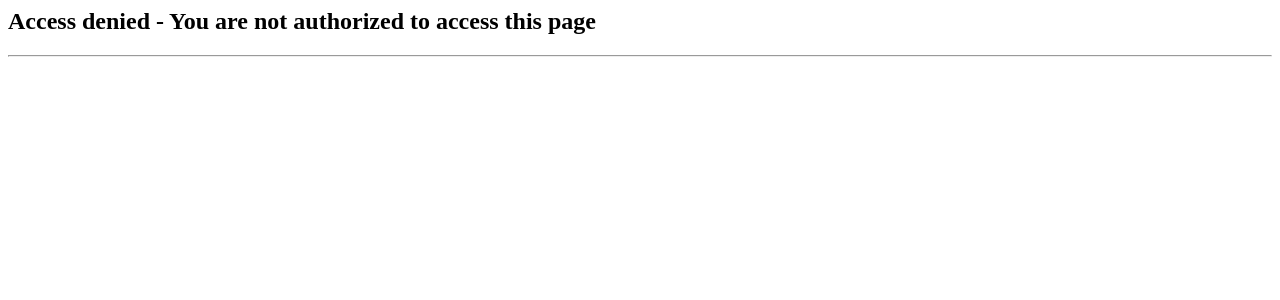
Repository: JT12s/Ecllipse-SpringPrcaticeProject
Page: http://localhost/spring-security-demo-07-user-roles/access-denied
An editor plug-in stored every save of this project. The page is shown before and after the next save, followed by the edit.
The browser window is 1280 px wide. The pictures show the whole page.
The page is served by Tomcat 9. Other server files are loaded and not shown.

Above is the page before, as saved 2022-08-07 01:47:26.

### spring-security-demo-07-user-roles/src/main/webapp/WEB-INF/view/access-denied.jsp
<html>

<head>
	<title> Luv2code - Access Denied</title>
</head>

<body>

	<h2>Access denied - You are not authorized to access this page</h2>

	<hr>

</body>
</html>

After the next save:
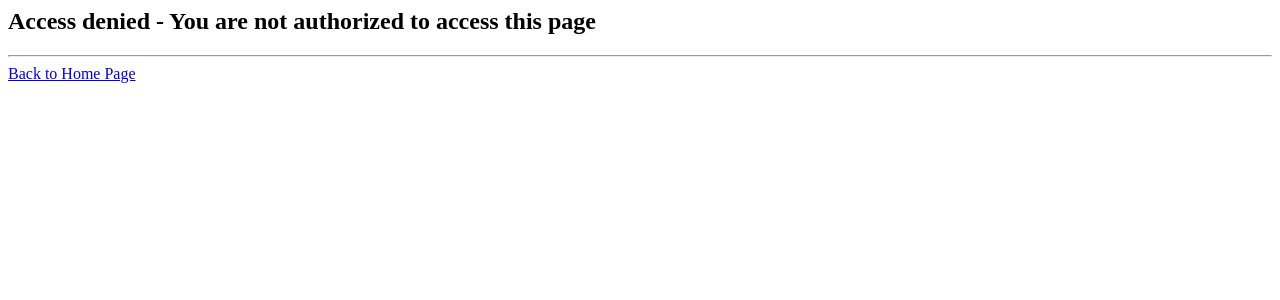
Saved 10 s later.
--- a/spring-security-demo-07-user-roles/src/main/webapp/WEB-INF/view/access-denied.jsp
+++ b/spring-security-demo-07-user-roles/src/main/webapp/WEB-INF/view/access-denied.jsp
@@ -10,5 +10,7 @@
 
 	<hr>
 
+	<a href="${pageContext.request.contextPath }/">Back to Home Page</a>
+
 </body>
 </html>
